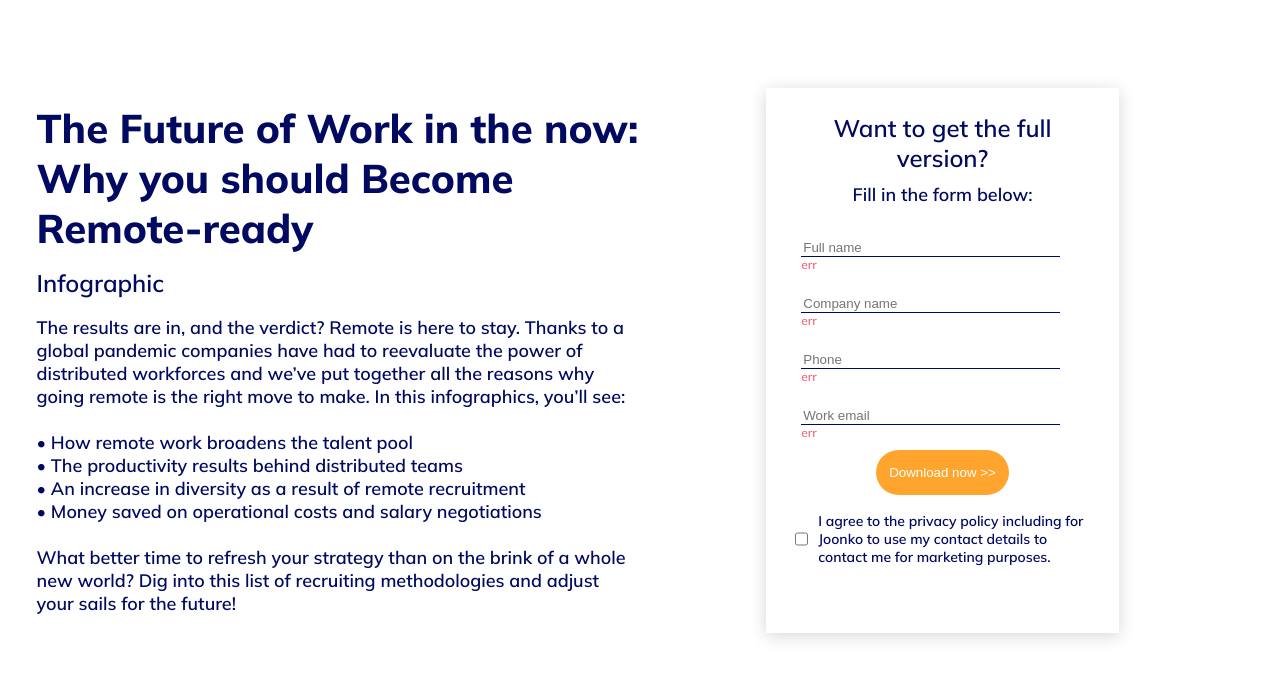
Repository: zivmorad/joonko-form
Page: /
The author's editor kept a copy of each file at every save. The page is drawn from the files as they stood at one save, then again after the next save.
The browser window is 1280 px wide. The pictures show the whole page.
The project was rebuilt for these pictures with package versions that can differ from the ones it lists, and the page was loaded fresh each time.

Above is the page before, as saved 2021-08-03 11:47:45.

After the next save:
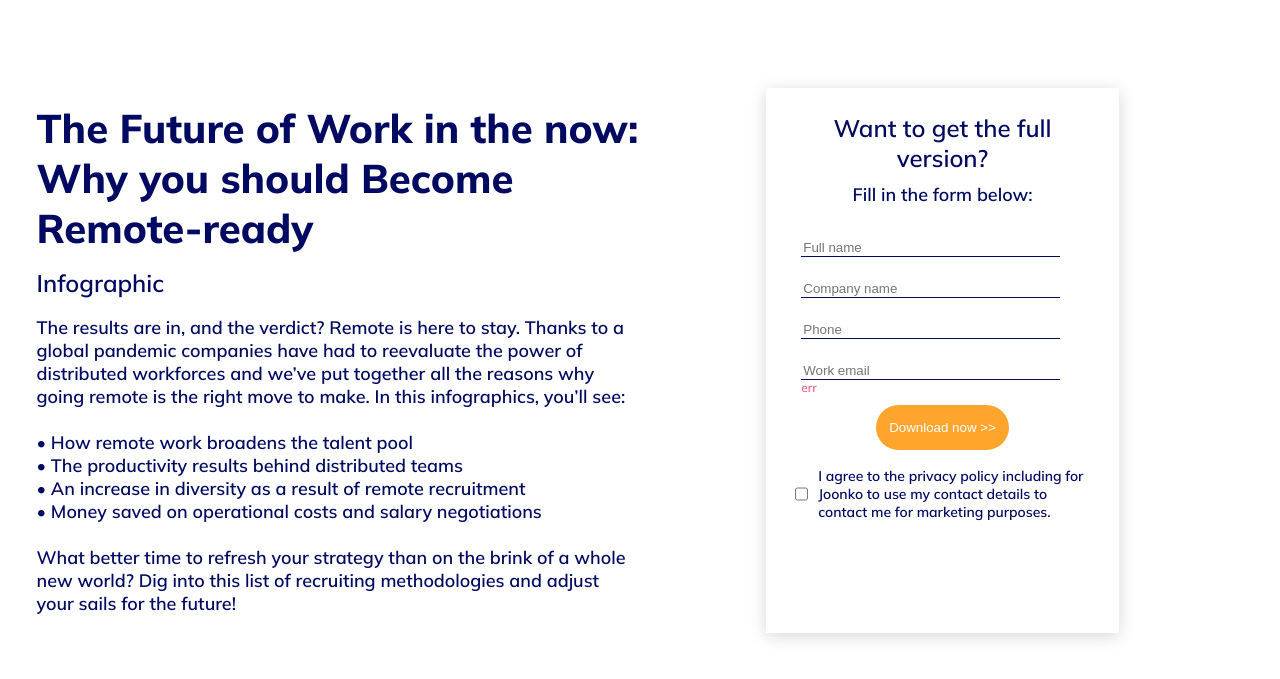
Saved 16 s later.
--- a/src/App.js
+++ b/src/App.js
@@ -44,15 +44,12 @@ const App = () => {
 							<div className="form-sub-title">Fill in the form below:</div>
 							<div className="input-wrapper">
 								<input type="text" placeholder="Full name" className="form-input" required />
-								<div className="error">err</div>
 							</div>
 							<div className="input-wrapper">
 								<input type="text" placeholder="Company name" className="form-input" required />
-								<div className="error">err</div>
 							</div>
 							<div className="input-wrapper">
 								<input type="number" placeholder="Phone" className="form-input" required />
-								<div className="error">err</div>
 							</div>
 							<div className="input-wrapper">
 								<input type="text" placeholder="Work email" className="form-input" required />
